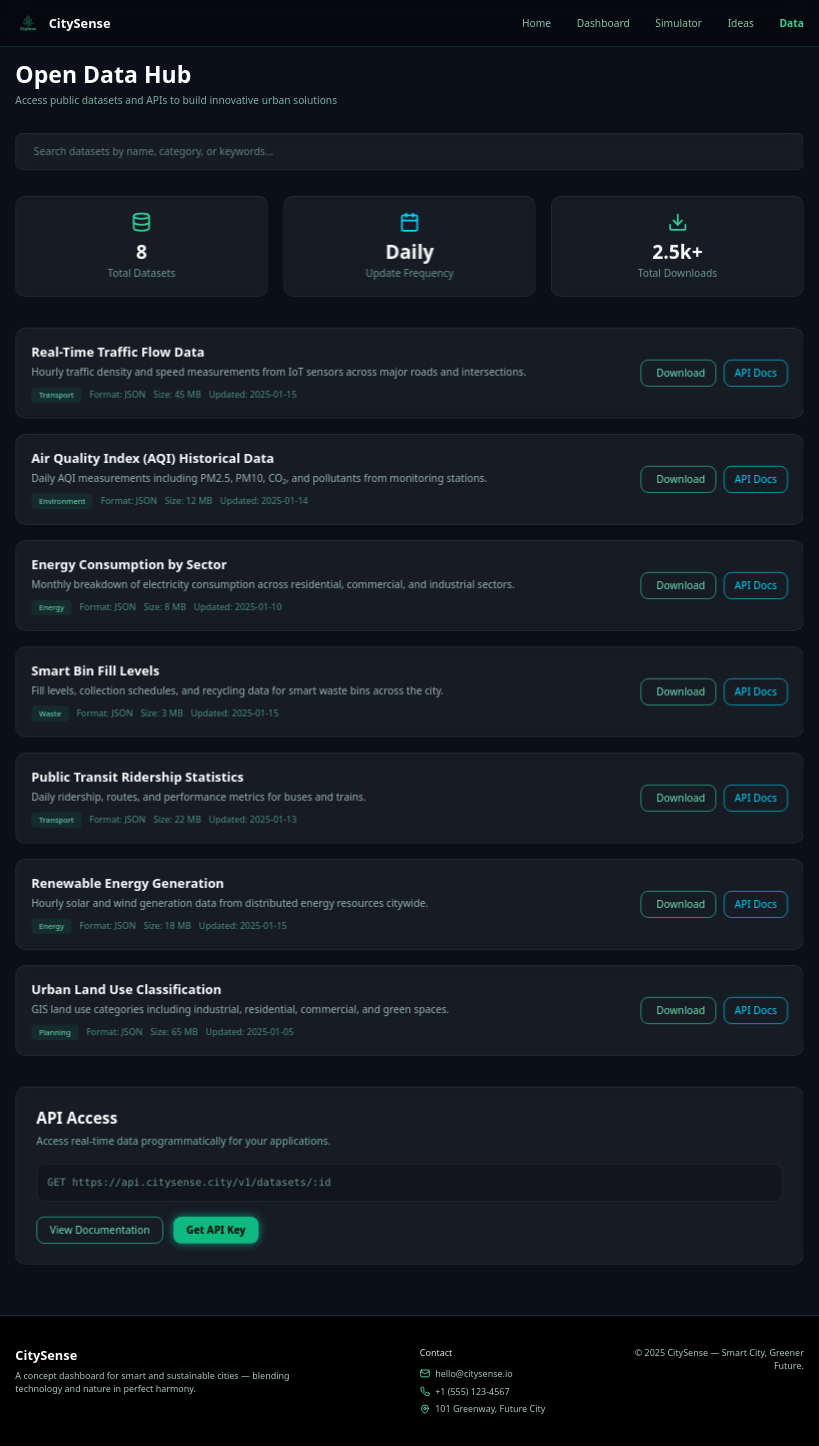
Repository: crashyet/CitySense
Page: /data
An editor plug-in stored every save of this project. The page is shown before and after the next save, followed by the edit.
The browser window is 1280 px wide. The pictures show the whole page, at 64% of full size.
The project was rebuilt for these pictures with package versions that can differ from the ones it lists, and the page was loaded fresh each time. Also part of the build but not shown: vite.config.js, src/pages/landing/Hero.jsx, src/pages/landing/DashboardPreview.jsx, src/pages/landing/Infographic.jsx, src/pages/landing/Community.jsx, src/pages/landing/index.jsx, src/components/EnergyPieChart.jsx, src/components/TrafficCongestionChart.jsx and 4 more.

Above is the page before, as saved 2025-11-18 15:50:31.

After the next save:
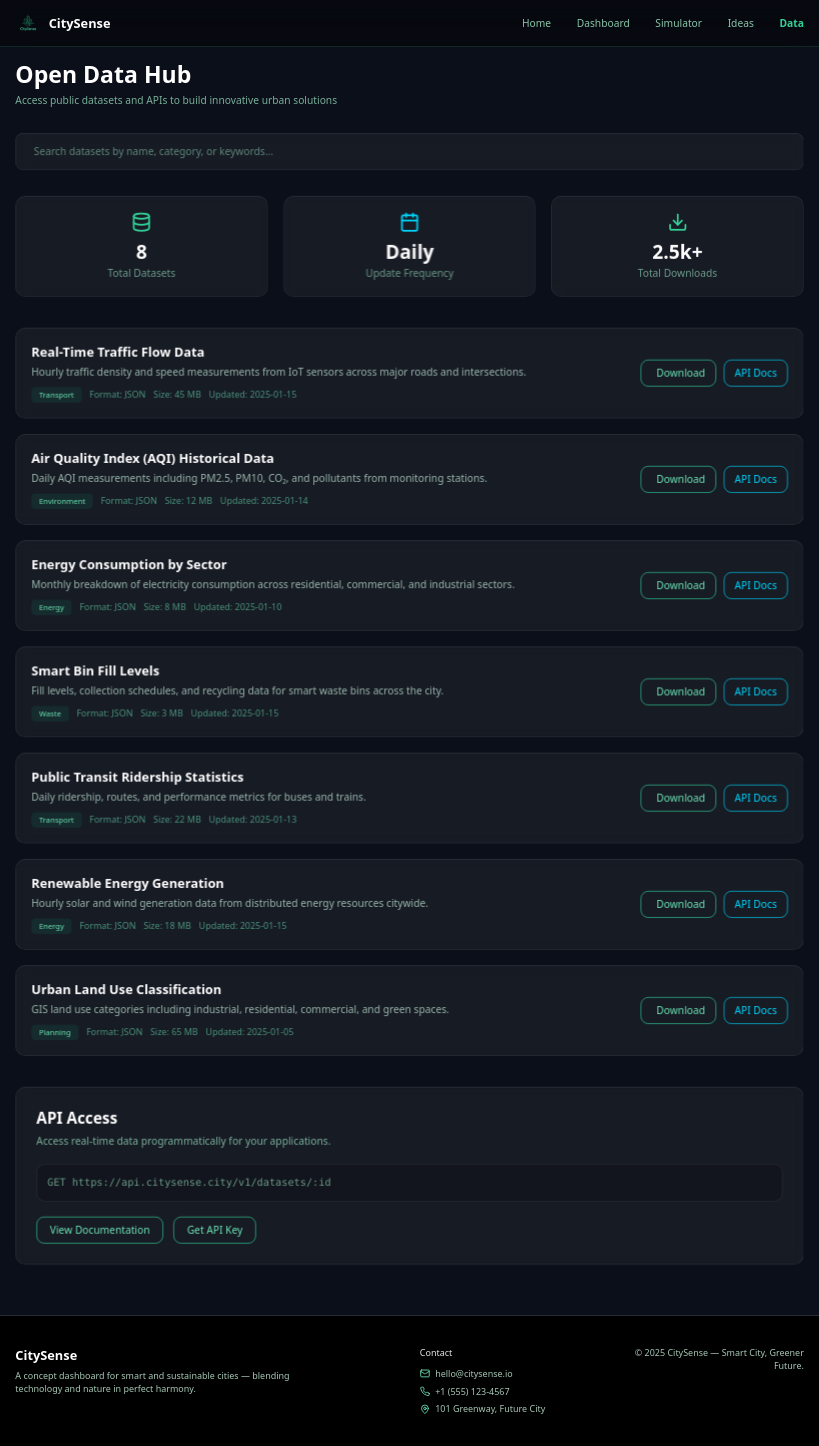
Saved 38 s later.
--- a/src/pages/Data/index.jsx
+++ b/src/pages/Data/index.jsx
@@ -209,7 +209,7 @@ export default function DataPage() {
                 View Documentation
               </button>
 
-              <button className="px-5 py-2 rounded-xl bg-emerald-500 text-black font-semibold shadow-[0_0_15px_#00ffcc80] hover:bg-emerald-400 transition">
+              <button className="px-5 py-2 rounded-xl border border-emerald-400 text-emerald-300 hover:bg-emerald-400/10 transition">
                 Get API Key
               </button>
             </div>
